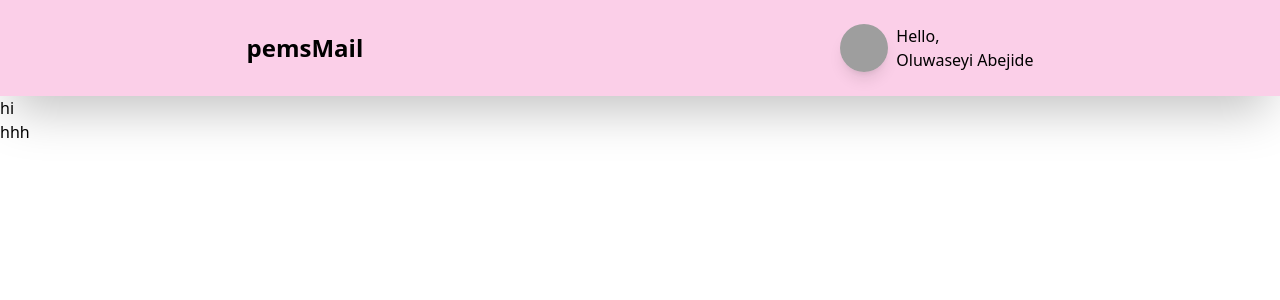
Repository: Semanmernstack/mailclone
Page: /
An editor plug-in stored every save of this project. The page is shown before and after the next save, followed by the edit.
The browser window is 1280 px wide. The pictures show the whole page.
Pictures or frames that could not be fetched are drawn as grey boxes. The project was rebuilt for these pictures with package versions that can differ from the ones it lists, and the page was loaded fresh each time. Also part of the build but not shown: src/features/counter/Counter.module.css, src/features/counter/Counter.js.

Above is the page before, as saved 2023-01-16 02:17:43.

After the next save:
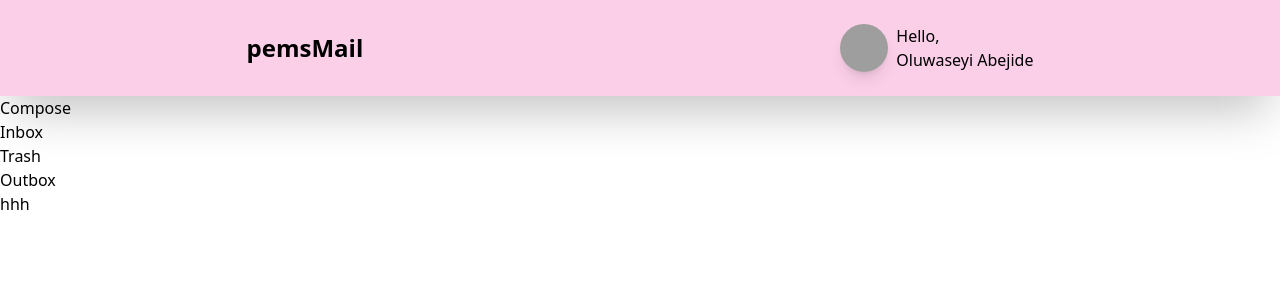
Saved 4 min 7 s later.
--- a/src/Topbar.js
+++ b/src/Topbar.js
@@ -2,7 +2,20 @@ import React from 'react'
 
 function Topbar() {
   return (
-    <div>hi</div>
+    <div>
+        <div>
+            <p>Compose</p>
+        </div>
+        <div>
+            <p>Inbox</p>
+        </div>
+        <div>
+            <p>Trash</p>
+        </div>
+        <div>
+            <p>Outbox</p>
+        </div>
+    </div>
   )
 }
 
